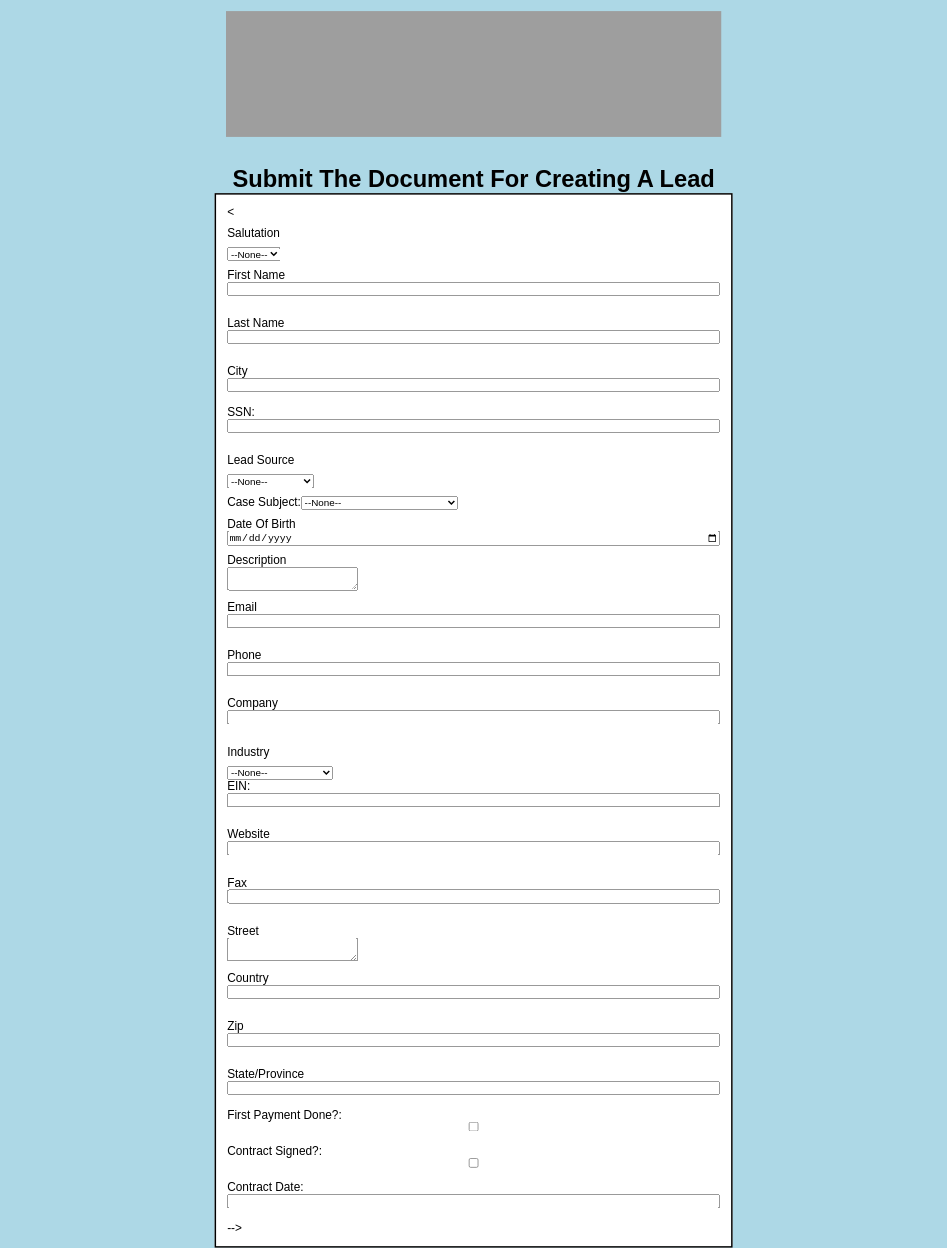
Repository: yaseminvural99/changeForce
Page: index.html
An editor plug-in stored every save of this project. The page is shown before and after the next save, followed by the edit.
The browser window is 1280 px wide. The pictures show the whole page, at 74% of full size.
Pictures or frames that could not be fetched are drawn as grey boxes.

Above is the page before, as saved 2024-04-27 17:57:33.

### index.html
<!DOCTYPE html>
<!--How to Save ScreenShots as JPG on Mac-->
<!--https://www.youtube.com/watch?v=o4CYzVg10yg-->

<html lang="en">
<head>
    <meta charset="UTF-8">
    <meta name="'viewport" content="width=device-width, initial-scale=1.0">
    <title>Document</title>
    <link rel="stylesheet" href="style.css">
    <script>

    </script>
</head>
<body>
    <div class="banner">
        <img src="https://t3.ftcdn.net/jpg/05/75/22/58/360_F_575225818_PQ2ZPHFw51yCcmieutB5bT843nPAPzo3.jpg" alt="Banner Image">
    </div>
    <h1>Submit The Document For Creating A Lead</h1>

<META HTTP-EQUIV="Content-type" CONTENT="text/html; charset=UTF-8">


    <form action="https://test.salesforce.com/servlet/servlet.WebToLead?encoding=UTF-8&orgId=00DU8000000LYuv" onsubmit="beforeSubmit()"  onsubmit="beforeSubmit2()" method="POST">

    <input type=hidden name="oid" value="00DU8000000LYuv">
    <input type=hidden name="retURL" value="http://">
    <input type="hidden" name="Date_of_Birth__c" id="Date_of_Birth__c">
    <<input type="hidden" name="Contract_Date__c" id="Contract_Date__c">


    <label for="salutation">Salutation</label><select  id="salutation" name="salutation"><option value="">--None--</option><option value="Mr.">Mr.</option>
    <option value="Ms.">Ms.</option>
    <option value="Mrs.">Mrs.</option>
    <option value="Dr.">Dr.</option>
    <option value="Prof.">Prof.</option>
    <option value="Mx.">Mx.</option>
    </select><br>

    <label for="first_name">First Name</label><input required id="first_name"  name="first_name" size="20" type="text" /><br>

    <label for="last_name">Last Name</label><input  required id="last_name"  name="last_name" size="20" type="text" /><br>

    <label for="city">City</label><input  required  id="city" name="city" size="20" type="text" /><br>

    SSN:<input  id="00NU8000000K5Zp"  name="00NU8000000K5Zp" size="20" type="text" /><br>

    <label for="lead_source">Lead Source</label><select  id="lead_source" name="lead_source"><option value="">--None--</option><option value="Web">Web</option>
    <option value="Phone Inquiry">Phone Inquiry</option>
    <option value="Partner Referral">Partner Referral</option>
    <option value="Purchased List">Purchased List</option>
    <option value="Other">Other</option>
    </select><br>

    Case Subject:<select  id="00NU8000000K5Wb" name="00NU8000000K5Wb" title="Case Subject"><option value="">--None--</option><option value="Affirmative Asylum">Affirmative Asylum</option>
    <option value="AOS Through Asylum">AOS Through Asylum</option>
    <option value="AOS Through Lottery">AOS Through Lottery</option>
    <option value="AOS Through Marriage">AOS Through Marriage</option>
    <option value="Change of Status (B2-F1/J1-F1)">Change of Status (B2-F1/J1-F1)</option>
    <option value="Company Formation">Company Formation</option>
    <option value="Consular Processing (Marriage)">Consular Processing (Marriage)</option>
    <option value="Defensive Asylum (!Non-NTA)">Defensive Asylum (!Non-NTA)</option>
    <option value="Defensive Asylum (Non-NTA)">Defensive Asylum (Non-NTA)</option>
    <option value="Defensive Asylum (NTA)">Defensive Asylum (NTA)</option>
    <option value="E-2 (Change of status)">E-2 (Change of status)</option>
    <option value="E-2 visa">E-2 visa</option>
    <option value="General Immigration">General Immigration</option>
    <option value="I-130 (Marriage)">I-130 (Marriage)</option>
    <option value="I-601A Waiver">I-601A Waiver</option>
    <option value="I-730 (Asylee Relative Petition)">I-730 (Asylee Relative Petition)</option>
    <option value="I-751 (Removing Conditions)">I-751 (Removing Conditions)</option>
    <option value="I-765">I-765</option>
    <option value="J-1 2 Year Rule Waiver">J-1 2 Year Rule Waiver</option>
    <option value="K-1 visa">K-1 visa</option>
    <option value="Mandamus">Mandamus</option>
    <option value="Naturalization">Naturalization</option>
    <option value="Personal Injury">Personal Injury</option>
    <option value="Uncontested Divorce">Uncontested Divorce</option>
    <option value="U visa">U visa</option>
    <option value="VAWA">VAWA</option>
    </select><br>

    <!--Date of Birth:<span class="dateInput dateOnlyInput"><input  id="00NU8000000K5bR" name="00NU8000000K5bR" size="12" type="text" /></span><br>-->
    <label for="Date_of_Birth__c"></label>Date Of Birth<input type="date" id="Date_of_Birth__c"/>
    <label for="description">Description</label><textarea name="description"></textarea><br>

    <label for="email">Email</label><input required id="email"  name="email" size="20" type="text" /><br>

    <label for="phone">Phone</label><input  id="phone" name="phone" size="20" type="text" /><br>

    <label for="company">Company</label><input  id="company" name="company" size="20" type="text" /><br>

    <label for="industry">Industry</label><select  id="industry" name="industry"><option value="">--None--</option><option value="Agriculture">Agriculture</option>
    <option value="Apparel">Apparel</option>
    <option value="Banking">Banking</option>
    <option value="Biotechnology">Biotechnology</option>
    <option value="Chemicals">Chemicals</option>
    <option value="Communications">Communications</option>
    <option value="Construction">Construction</option>
    <option value="Consulting">Consulting</option>
    <option value="Education">Education</option>
    <option value="Electronics">Electronics</option>
    <option value="Energy">Energy</option>
    <option value="Engineering">Engineering</option>
    <option value="Entertainment">Entertainment</option>
    <option value="Environmental">Environmental</option>
    <option value="Finance">Finance</option>
    <option value="Food &amp; Beverage">Food &amp; Beverage</option>
    <option value="Government">Government</option>
    <option value="Healthcare">Healthcare</option>
    <option value="Hospitality">Hospitality</option>
    <option value="Insurance">Insurance</option>
    <option value="Machinery">Machinery</option>
    <option value="Manufacturing">Manufacturing</option>
    <option value="Media">Media</option>
    <option value="Not For Profit">Not For Profit</option>
    <option value="Recreation">Recreation</option>
    <option value="Retail">Retail</option>
    <option value="Shipping">Shipping</option>
    <option value="Technology">Technology</option>
    <option value="Telecommunications">Telecommunications</option>
    <option value="Transportation">Transportation</option>
    <option value="Utilities">Utilities</option>
    <option value="Other">Other</option>
    </select><br>

    EIN:<input  id="00NU8000000K5YD"  name="00NU8000000K5YD" size="20" type="text" /><br>

    <label for="url">Website</label><input  id="url" name="url" size="20" type="text" /><br>

    <label for="fax">Fax</label><input  id="fax" name="fax" size="20" type="text" /><br>

    <label for="street">Street</label><textarea name="street"></textarea><br>

    <label for="country">Country</label><input  id="country"  name="country" size="20" type="text" /><br>

    <label for="zip">Zip</label><input  id="zip"name="zip" size="20" type="text" /><br>

    <label for="state">State/Province</label><input  id="state"  name="state" size="20" type="text" /><br>

    First Payment Done?:<input  id="00NU8000000K5d3" name="00NU8000000K5d3" type="checkbox" value="1" /><br>

    Contract Signed?:<input  id="00NU8000000K5gH" name="00NU8000000K5gH" type="checkbox" value="1" /><br>

    Contract Date:<span class="dateInput dateOnlyInput"><input  id="00NU8000000K5ef" name="00NU8000000K5ef" size="12" type="text" /></span><br>-->
    <!--<label for="Contract_Date__c"></label>Contract Date<input type="date" id="Contract_Date__c"/> <br>

    <input type="submit" name="submit">

    </form>
</body>
</html>

### style.css
*{
    margin: 0;
    padding: 0;
    box-sizing: border-box;
}
body {
    background-color: #add8e6; /* Light blue */
    font-family: Arial, sans-serif;
}
h1{
    text-align: center;
    margin-top: 20px;
}
label, input{
    display: block;

}
label{
    margin-top: 10px;
}
input{
    width: 100%;
}
form{
    min-width: 500px;
    max-width: 700px;
    margin: 0 auto;
    border: 2px solid black;
    padding: 15px;
    background-color: #ffffff;
}
select{
    margin-top: 10px;

}
option{
    margin-top: 10px;


}
input[type="submit"]{
    margin: 15px auto 0 auto;
    width: 40%;


}
.banner {
    text-align: center;
    margin-bottom: 20px;
}

.banner img {
    width: 700px;
    height:200px;
    object-fit:fill;
    padding: 15px;
}

After the next save:
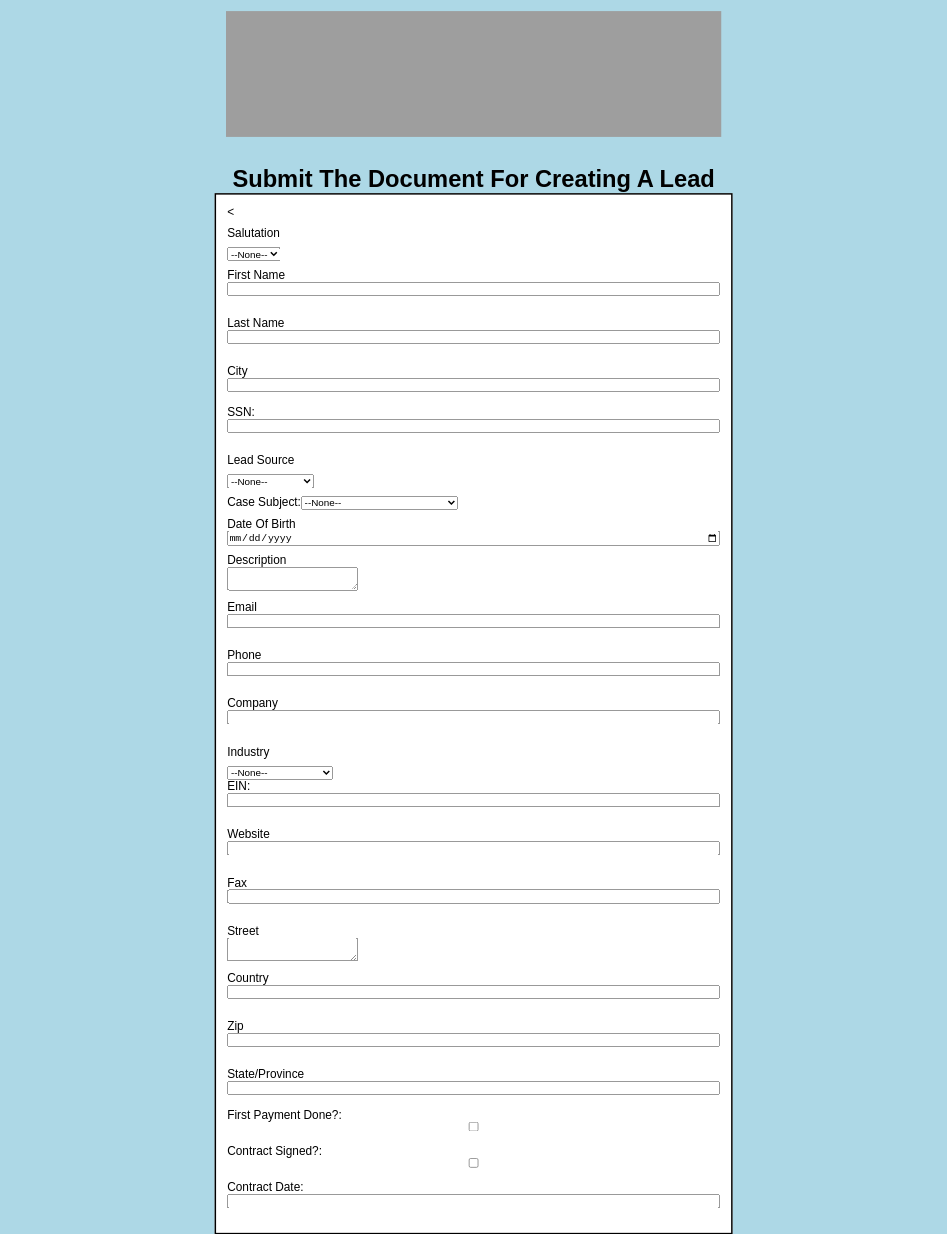
Saved 5 s later.
--- a/index.html
+++ b/index.html
@@ -142,7 +142,7 @@
 
     Contract Signed?:<input  id="00NU8000000K5gH" name="00NU8000000K5gH" type="checkbox" value="1" /><br>
 
-    Contract Date:<span class="dateInput dateOnlyInput"><input  id="00NU8000000K5ef" name="00NU8000000K5ef" size="12" type="text" /></span><br>-->
+    Contract Date:<span class="dateInput dateOnlyInput"><input  id="00NU8000000K5ef" name="00NU8000000K5ef" size="12" type="text" /></span><br>
     <!--<label for="Contract_Date__c"></label>Contract Date<input type="date" id="Contract_Date__c"/> <br>
 
     <input type="submit" name="submit">
